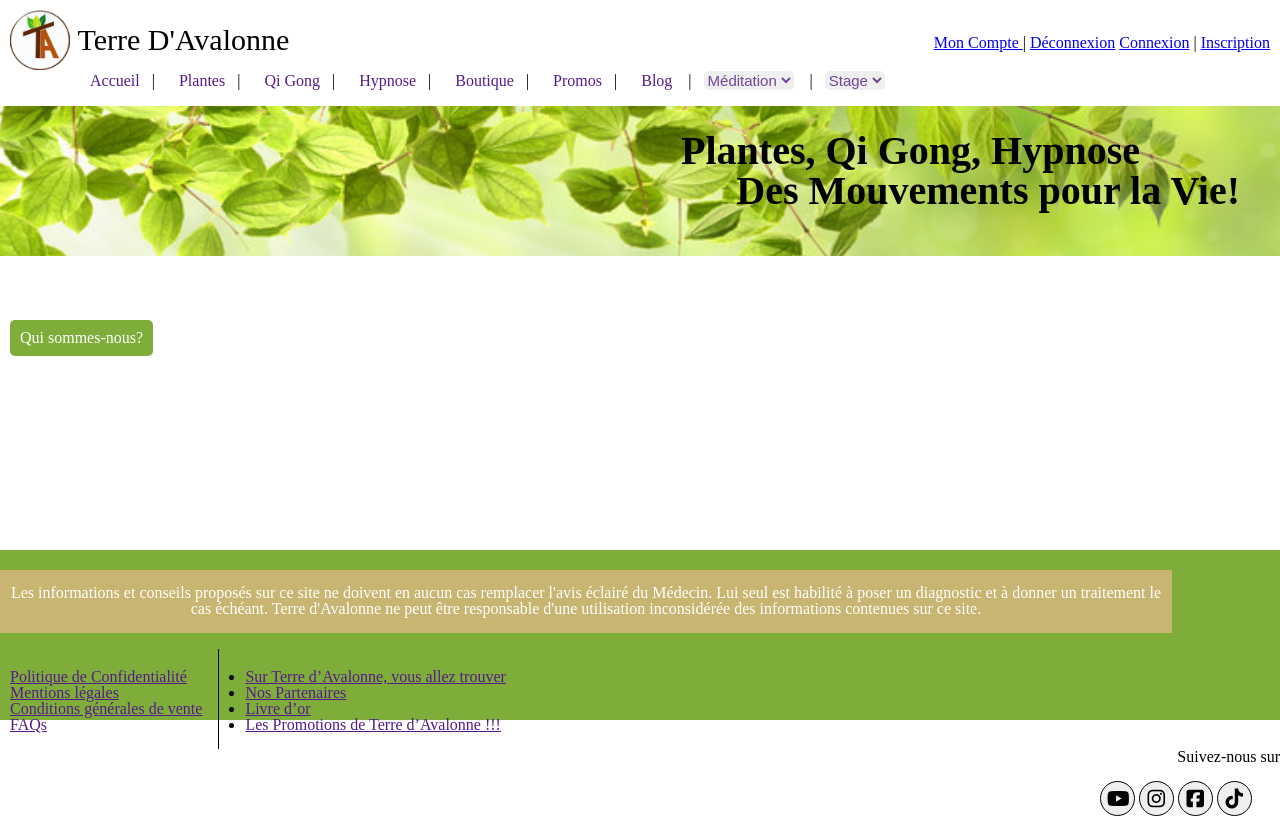
Repository: Michelhof1978/TerreDavalonne
Page: templates/base.html
The author's editor kept a copy of each file at every save. The page is drawn from the files as they stood at one save, then again after a run of saves.
The browser window is 1280 px wide. The pictures show the whole page.
Some web fonts or font styles are not loaded; a fallback is used. Some web libraries are served in a nearby version.

Above is the page before, as saved 2022-05-04 16:10:29.

After the next 2 saves:
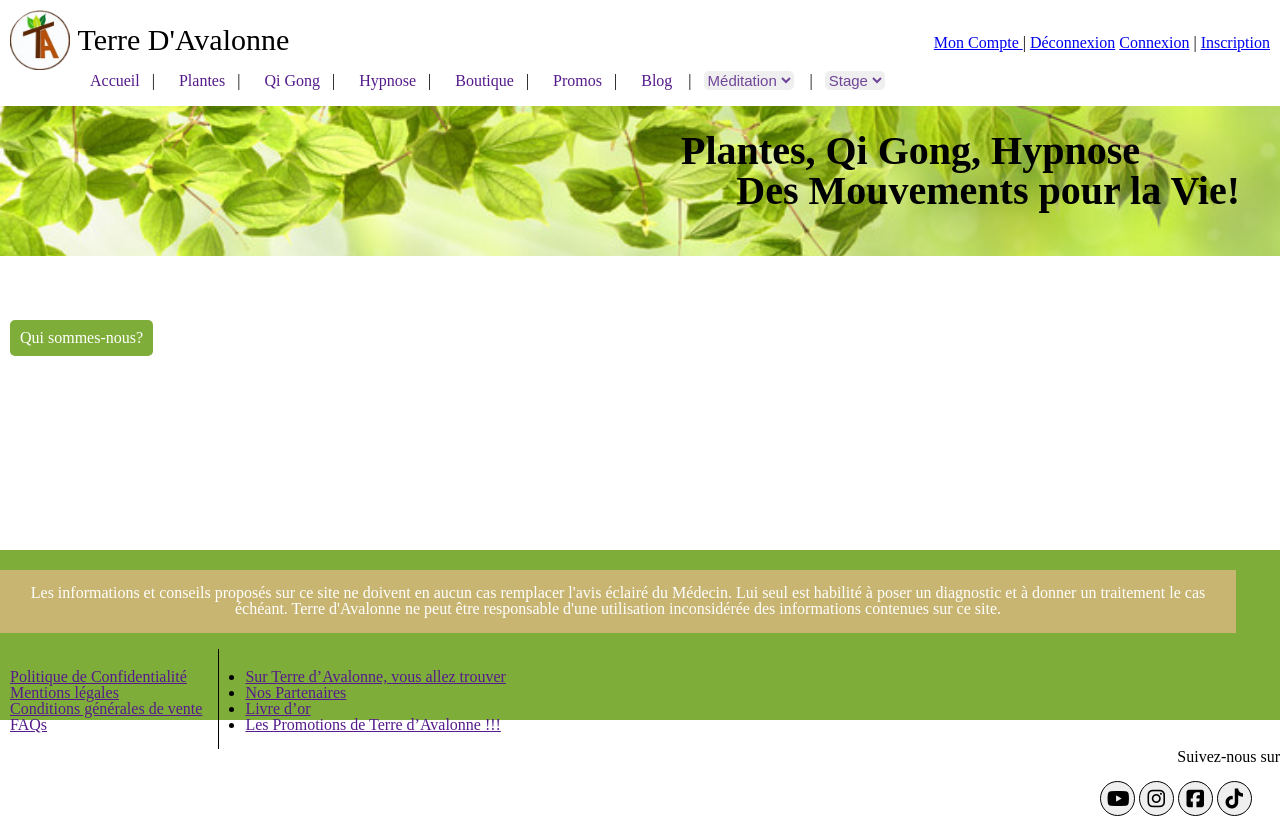
The 2 saves are shown as one change because they came seconds apart.
The last was saved 11 s later.
--- a/templates/base.html
+++ b/templates/base.html
@@ -279,7 +279,7 @@
 
   .warning{
     height: 3em;
-    width: 90%;
+    width: 95%;
     background-color: #C8B572 ;
     color: white;
     padding-top: 15px;
